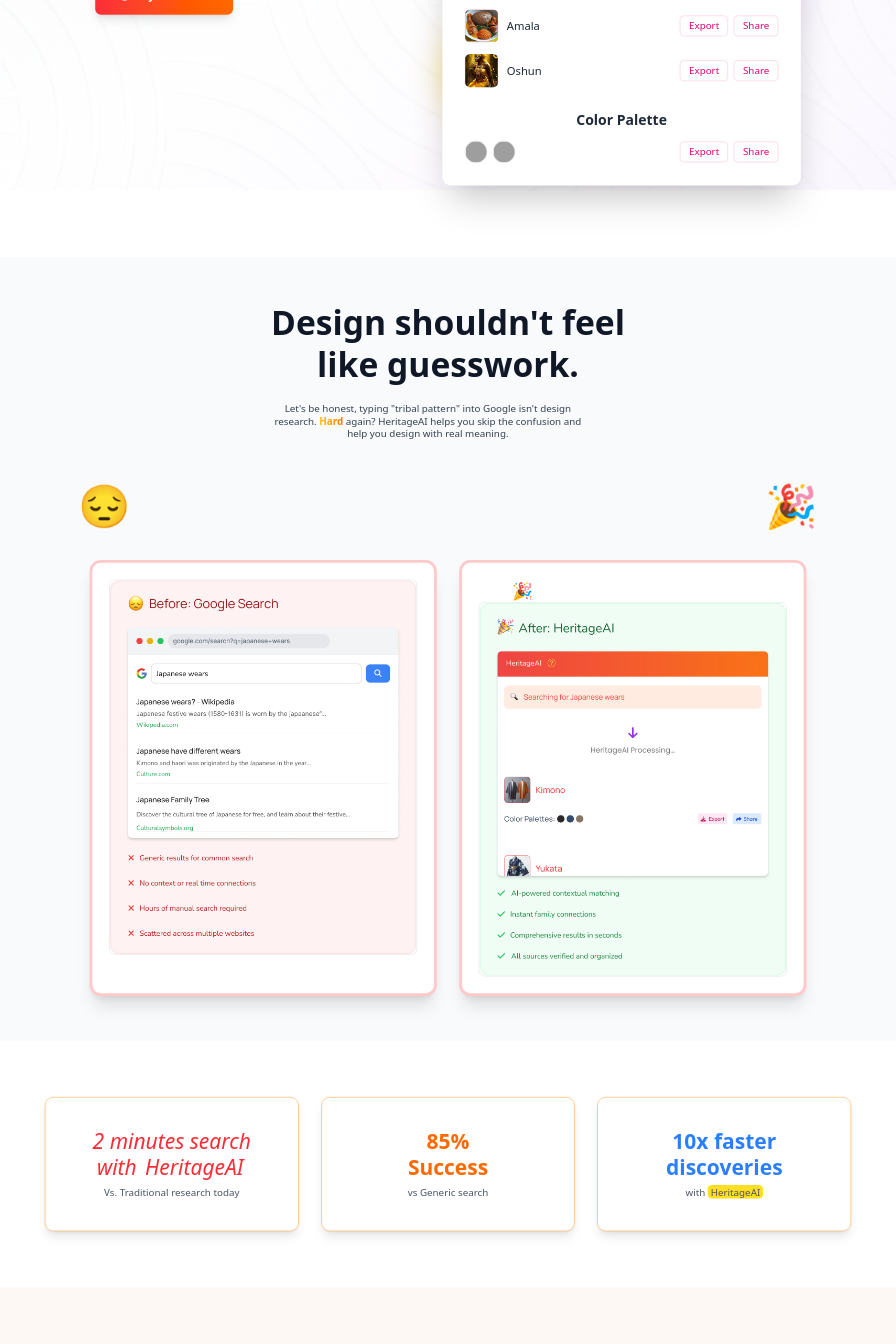
Repository: Em-driod/Heritage
Page: /
An editor plug-in stored every save of this project. The page is shown before and after the next save, followed by the edit.
The browser window is 1280 px wide. The pictures show the part of the page from y = 620 to 2540 px (the page is 5831 px tall before and 5639 px after), at 70% of full size.
Pictures or frames that could not be fetched are drawn as grey boxes. The project was rebuilt for these pictures with package versions that can differ from the ones it lists, and the page was loaded fresh each time. Also part of the build but not shown: vite.config.ts.

Above is the page before, as saved 2025-07-09 11:32:52.

After the next save:
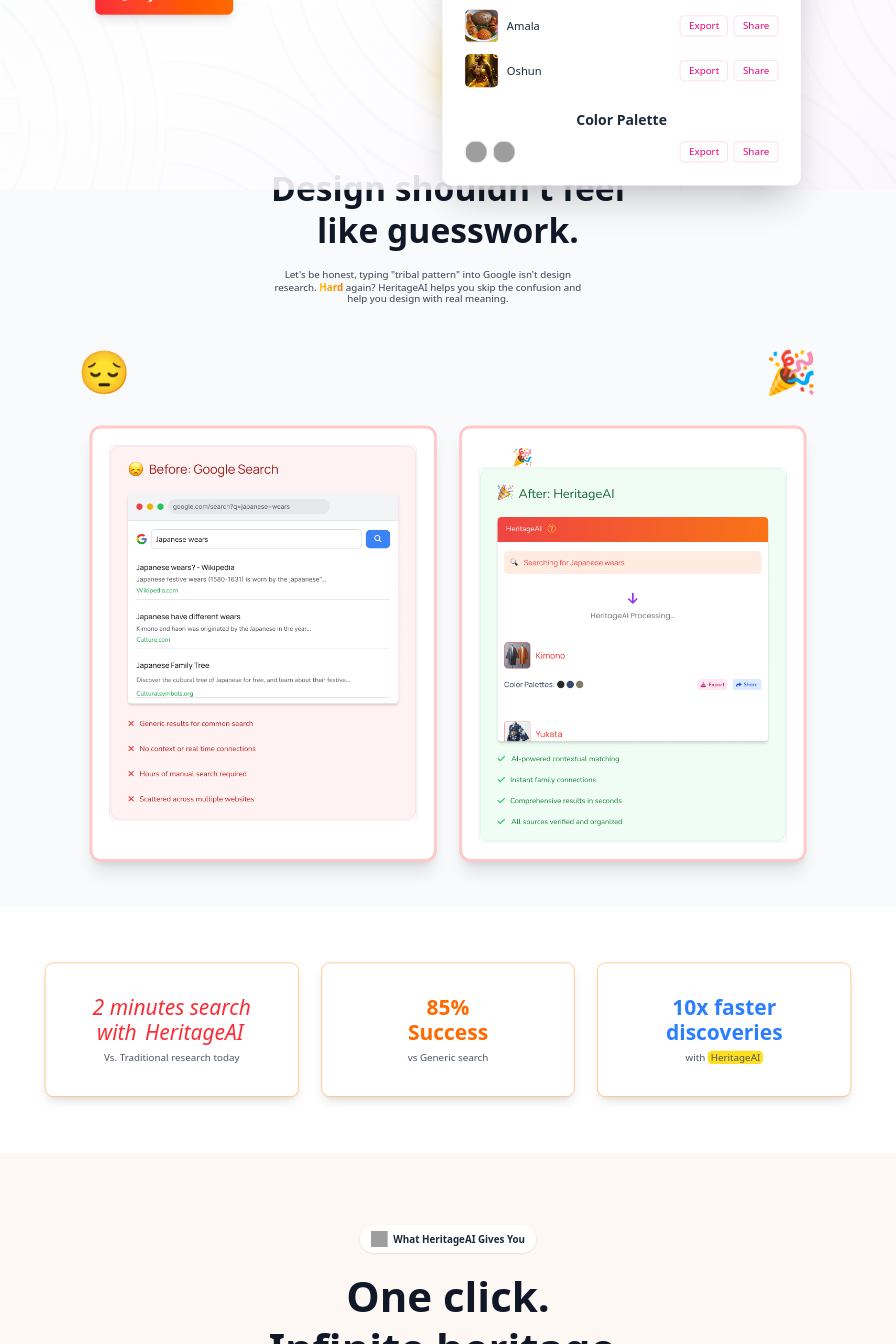
Saved 57 s later.
--- a/src/components/Hero.tsx
+++ b/src/components/Hero.tsx
@@ -84,7 +84,7 @@
   );
 
   return (
-    <div className="py-4 sm:py-8 md:py-12 lg:py-24">
+    <div className="py-4 sm:py-8 md:py-12 lg:py-24 h-screen">
       <div
         className="relative flex justify-center items-center h-screen text-center px-0 sm:px-8 md:px-0 lg:pt-24 pt-16"
         style={{
